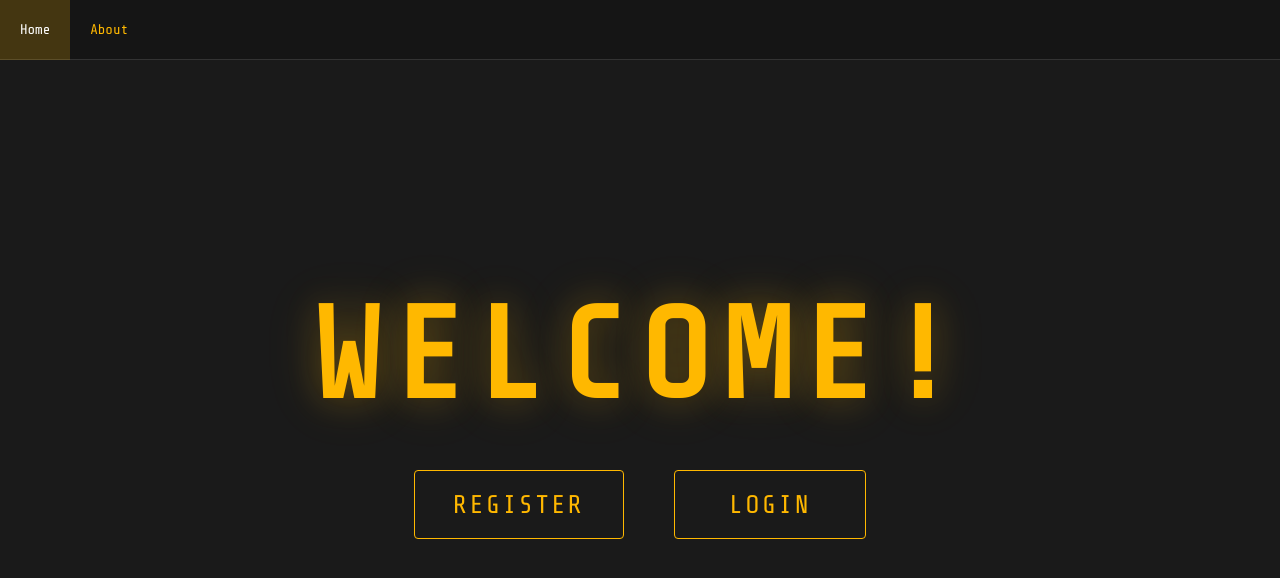
Repository: qqqq121114/se_417
Page: / (app in client/)
These files come from the project's save history. The page is drawn as it stood at one moment and after the next save; the edit follows.
The browser window is 1280 px wide. The pictures show the whole page.
The project was rebuilt for these pictures with package versions that can differ from the ones it lists, and the page was loaded fresh each time. Also part of the build but not shown: client/vite.config.js.

Above is the page before, as saved 2024-12-08 11:34:17.

### client/src/main.js
import { createApp } from 'vue'
import { createPinia } from 'pinia'
import ElementPlus from 'element-plus'
import 'element-plus/dist/index.css'
import App from './App.vue'
import router from './router'

const app = createApp(App)

app.use(createPinia())
app.use(router)
app.use(ElementPlus)

app.mount('#app')

### client/src/App.vue
<template>
  <div id="app" class="cyber-theme">
    <el-container>
      <el-header>
        <el-menu mode="horizontal" router class="cyber-menu">
          <el-menu-item index="/">Home</el-menu-item>
          <el-menu-item index="/about">About</el-menu-item>
        </el-menu>
      </el-header>
      <el-main>
        <router-view></router-view>
      </el-main>
    </el-container>
  </div>
</template>

<script setup>
import { ElContainer, ElHeader, ElMain, ElMenu, ElMenuItem } from 'element-plus'
import 'element-plus/dist/index.css'
</script>

<style>
@import url('https://fonts.googleapis.com/css2?family=Share+Tech+Mono&display=swap');

/* 重置默认样式 */
* {
  margin: 0;
  padding: 0;
  box-sizing: border-box;
}

html, body {
  margin: 0;
  padding: 0;
  width: 100%;
  height: 100%;
  overflow-x: hidden;
  background-color: var(--cyber-bg);
}

:root {
  --cyber-bg: #1a1a1a;
  --cyber-text: #FFB800;
  --cyber-glow: #FFB80033;
  --cyber-border: #333333;
}

#app {
  font-family: 'Share Tech Mono', monospace;
  -webkit-font-smoothing: antialiased;
  -moz-osx-font-smoothing: grayscale;
  color: var(--cyber-text);
  background-color: var(--cyber-bg);
  min-height: 100vh;
  width: 100%;
  margin: 0;
  padding: 0;
}

.cyber-theme {
  background: var(--cyber-bg);
  min-height: 100vh;
  width: 100%;
}

.el-container {
  min-height: 100vh;
  margin: 0;
  padding: 0;
}

.el-header {
  padding: 0;
  background: rgba(0, 0, 0, 0.2);
  border-bottom: 1px solid var(--cyber-border);
  margin: 0;
}

.el-main {
  padding: 20px;
  background: var(--cyber-bg);
  margin: 0;
}

.cyber-menu {
  background: transparent !important;
  border: none !important;
  margin: 0;
  padding: 0;
}

.el-menu--horizontal > .el-menu-item {
  color: var(--cyber-text) !important;
  font-family: 'Share Tech Mono', monospace !important;
  border: none !important;
}

.el-menu--horizontal > .el-menu-item:hover,
.el-menu--horizontal > .el-menu-item:focus,
.el-menu--horizontal > .el-menu-item.is-active {
  color: #fff !important;
  background: var(--cyber-glow) !important;
  border: none !important;
}

/* 全局按钮样式 */
.el-button {
  background: transparent !important;
  border: 1px solid var(--cyber-text) !important;
  color: var(--cyber-text) !important;
  font-family: 'Share Tech Mono', monospace !important;
  transition: all 0.3s ease;
}

.el-button:hover {
  background: var(--cyber-glow) !important;
  color: #fff !important;
  box-shadow: 0 0 10px var(--cyber-glow);
}

/* 卡片样式 */
.el-card {
  background: rgba(0, 0, 0, 0.2) !important;
  border: 1px solid var(--cyber-border) !important;
  backdrop-filter: blur(5px);
}

.el-card__header {
  border-bottom: 1px solid var(--cyber-border) !important;
}
</style>

### client/src/router/index.js
import { createRouter, createWebHistory } from 'vue-router'
import Home from '../views/Home.vue'

const routes = [
  {
    path: '/',
    name: 'Home',
    component: Home
  },
  {
    path: '/about',
    name: 'About',
    component: () => import('../views/About.vue')
  },
  {
    path: '/register',
    name: 'Register',
    component: () => import('../views/Register.vue')
  }
]

const router = createRouter({
  history: createWebHistory(),
  routes
})

export default router

### client/src/views/Home.vue
<template>
  <div class="home">
    <div class="welcome-container">
      <h1 class="cyber-title noselect">Welcome!</h1>
      <div class="button-group">
        <el-button class="cyber-button" size="large" @click="$router.push('/register')">REGISTER</el-button>
        <el-button class="cyber-button" size="large">LOGIN</el-button>
      </div>
    </div>
  </div>
</template>

<script setup>
</script>

<style scoped>
.home {
  display: flex;
  justify-content: center;
  align-items: center;
  min-height: calc(100vh - 60px);
  padding: 20px;
}

.welcome-container {
  text-align: center;
  width: 70vw;
}

.cyber-title {
  font-size: 10vw;
  color: var(--cyber-text);
  text-transform: uppercase;
  letter-spacing: 0.1em;
  margin-bottom: 5vh;
  text-shadow: 0 0 20px var(--cyber-glow);
  animation: glow 1.5s ease-in-out infinite alternate;
  line-height: 1.2;
  font-family: 'Share Tech Mono', monospace;
  user-select: none;
  -webkit-user-select: none;
  -moz-user-select: none;
  -ms-user-select: none;
  cursor: default;
}

.button-group {
  display: flex;
  gap: 3vw;
  justify-content: center;
}

.cyber-button {
  font-size: 2vw !important;
  padding: 2vh 3vw !important;
  min-width: 15vw !important;
  font-family: 'Share Tech Mono', monospace !important;
  text-transform: uppercase;
  letter-spacing: 0.1em;
  height: auto !important;
  line-height: 1.5 !important;
}

@keyframes glow {
  from {
    text-shadow: 0 0 20px var(--cyber-glow), 0 0 40px var(--cyber-glow);
  }
  to {
    text-shadow: 0 0 40px var(--cyber-glow), 0 0 60px var(--cyber-glow);
  }
}

/* 响应式设计 */
@media (max-width: 768px) {
  .cyber-title {
    font-size: 15vw;
  }

  .button-group {
    flex-direction: column;
    align-items: center;
    gap: 3vh;
  }

  .cyber-button {
    width: 60vw !important;
    font-size: 5vw !important;
    padding: 2vh 4vw !important;
  }
}
</style>

Loaded but not shown: client/index.html (common file)

After the next save:
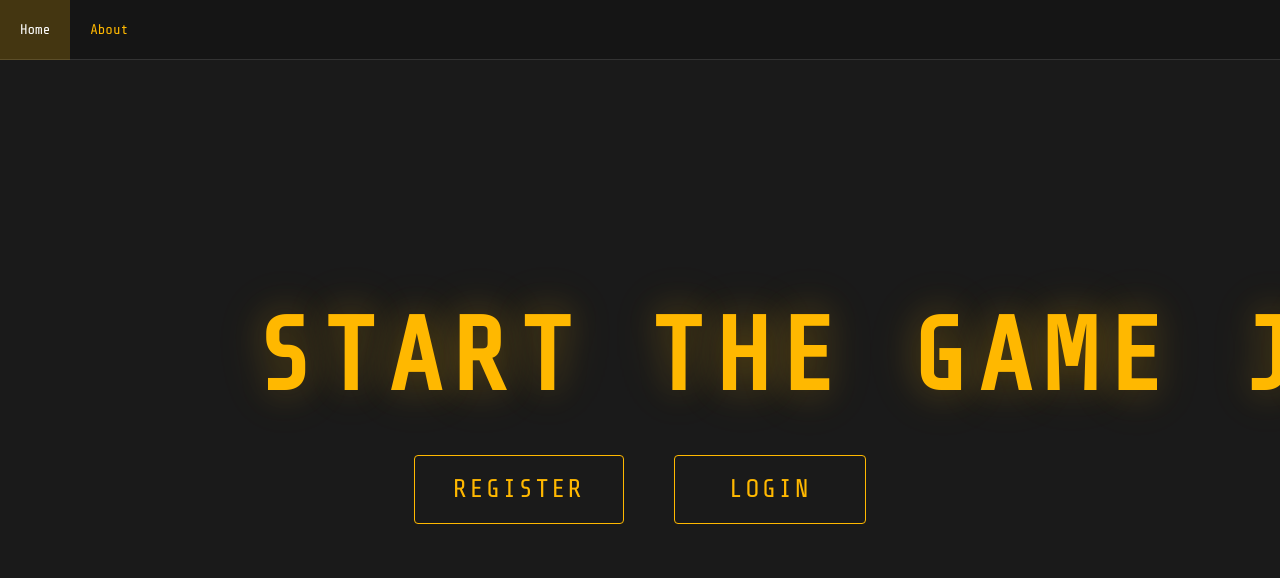
Saved 2 min 13 s later.
--- a/client/src/views/Home.vue
+++ b/client/src/views/Home.vue
@@ -1,7 +1,7 @@
 <template>
   <div class="home">
     <div class="welcome-container">
-      <h1 class="cyber-title noselect">Welcome!</h1>
+      <h1 class="cyber-title noselect">Start The Game Journey !</h1>
       <div class="button-group">
         <el-button class="cyber-button" size="large" @click="$router.push('/register')">REGISTER</el-button>
         <el-button class="cyber-button" size="large">LOGIN</el-button>
@@ -24,11 +24,11 @@
 
 .welcome-container {
   text-align: center;
-  width: 70vw;
+  width: 60vw;
 }
 
 .cyber-title {
-  font-size: 10vw;
+  font-size: 8vw;
   color: var(--cyber-text);
   text-transform: uppercase;
   letter-spacing: 0.1em;
@@ -42,6 +42,7 @@
   -moz-user-select: none;
   -ms-user-select: none;
   cursor: default;
+  white-space: nowrap;
 }
 
 .button-group {
@@ -73,7 +74,8 @@
 /* 响应式设计 */
 @media (max-width: 768px) {
   .cyber-title {
-    font-size: 15vw;
+    font-size: 12vw;
+    white-space: normal;
   }
 
   .button-group {
